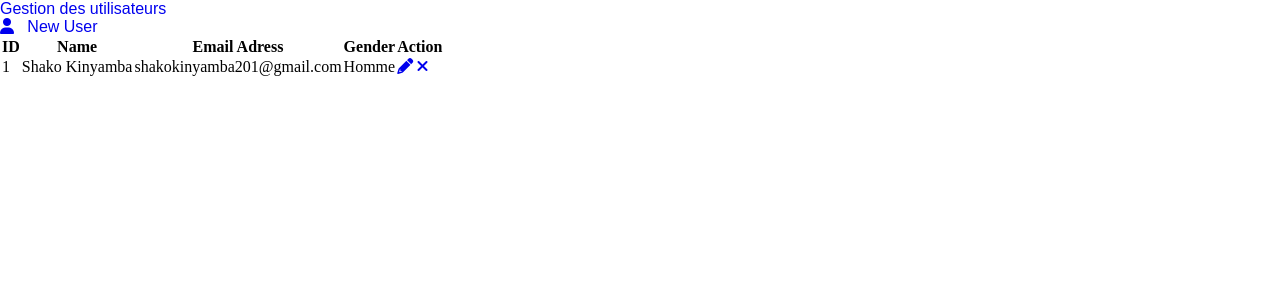
Repository: SKB-TECH/CrudMren
Page: index.html
These files come from the project's save history. The page is drawn as it stood at one moment and after a run of saves; the edit follows.
The browser window is 1280 px wide. The pictures show the whole page.
Some web fonts or font styles are not loaded; a fallback is used.

Above is the page before, as saved 2022-10-05 09:18:03.

### index.html
<!DOCTYPE html>
<html lang="en">
<head>
    <meta charset="UTF-8">
    <meta http-equiv="X-UA-Compatible" content="IE=edge">
    <meta name="viewport" content="width=device-width, initial-scale=1.0">
    <link rel="stylesheet" href="https://cdnjs.cloudflare.com/ajax/libs/font-awesome/6.2.0/css/all.min.css" integrity="sha512-xh6O/CkQoPOWDdYTDqeRdPCVd1SpvCA9XXcUnZS2FmJNp1coAFzvtCN9BmamE+4aHK8yyUHUSCcJHgXloTyT2A==" crossorigin="anonymous" referrerpolicy="no-referrer" />
    <link rel="stylesheet" href="./assets/css/style.css">
    <title>CRUD APPLICATION</title>
</head>
<body>
    <!-- Header -->
    <header id="header">
        <nav>
            <div class="container">
                <div class="text-center">
                    <a href="/">Gestion des utilisateurs</a>
                </div>
            </div>
        </nav>
    </header>
    <!-- /Header -->

    <!-- Main  -->
        <main id="site-main">
          <div class="container">
            <div class="box-nav d-flex-justify=between ">
                <a href="/add-user" class="border-shadow">
                    <span class="text-gradient"><i class="fas fa-user"></i> &nbsp; New User</span>
                </a>
            </div>
          </div>
        </main>
    <!-- /Main -->

    <!-- Form handling -->
        <form action="/" method="POST">
            <table class="table">
                <thead class="thead-dark">
                    <tr>
                        <th>ID</th>
                        <th>Name</th>
                        <th>Email Adress</th>
                        <th>Gender</th>
                        <th>Action</th>
                    </tr>
                    <tbody>
                        <tr>
                            <td>1</td>
                            <td>Shako Kinyamba</td>
                            <td>shakokinyamba201@gmail.com</td>
                            <td>Homme</td>
                            <td>
                                <a href="#" class="btn border-shadow update">
                                    <span class="text-gradient">
                                        <i class="fas fa-pencil-alt"></i>
                                    </span>
                                </a>

                                <a href="#" class="btn border-shadow delete">
                                    <span class="text-gradient">
                                        <i class="fas fa-times"></i>
                                    </span>
                                </a>
                            </td>
                        </tr>
                    </tbody>
                </thead>
            </table>
        </form>
    <!-- /Form handling -->
</body>
</html>

### assets/css/style.css
@import url('https://fonts.googleapis.com/css2?family=Barlow&family=PT+Sans&display=swap');

/* font-family: 'Barlow', sans-serif;
font-family: 'PT Sans', sans-serif; */

:root {
    --dark: #2b2d42;
    --light: #adb5bd;
    --border: #dee2e6;
    --border-btn: #edf2f4
}

* {
    padding: 0;
    margin: 0;
    box-sizing: border-box;
}

a {
    text-decoration: none;
    font-family: 'PT Sans', sans-serif;
}

.container{
    max-width: ;
}

After the next 3 saves:
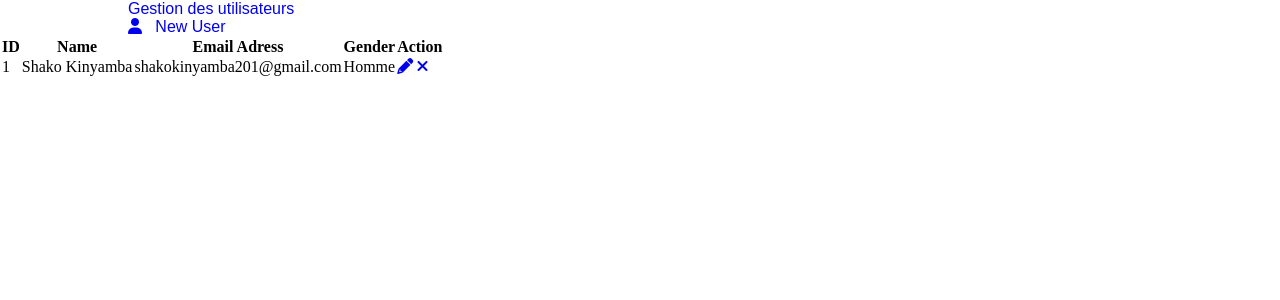
The 3 saves are shown as one change because they came seconds apart.
The last was saved 11 s later.
--- a/assets/css/style.css
+++ b/assets/css/style.css
@@ -21,6 +21,7 @@ a {
     font-family: 'PT Sans', sans-serif;
 }
 
-.container{
-    max-width: ;
+.container {
+    max-width: 1024px;
+    margin: auto;
 }
